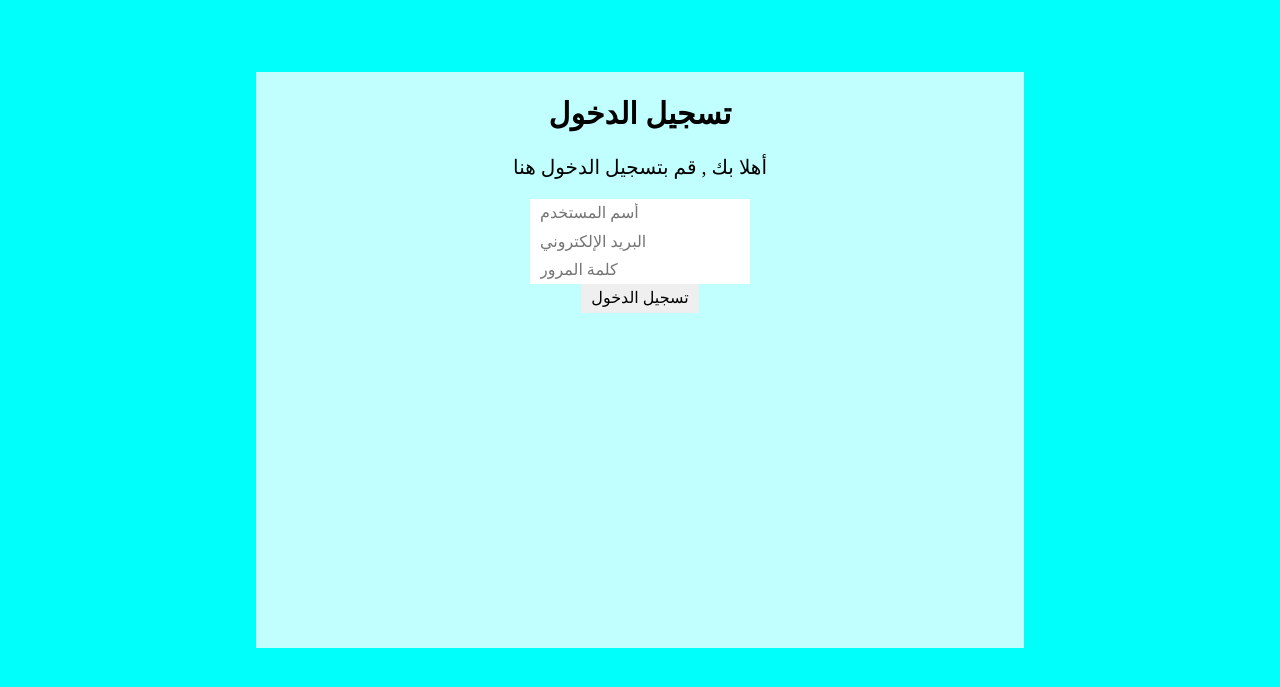
Repository: FaisalFahed/login-page
Page: html/صفحة تسجيل دخول.html
These files come from the project's save history. The page is drawn as it stood at one moment and after the next save; the edit follows.
The browser window is 1280 px wide. The pictures show the whole page.
Some web fonts or font styles are not loaded; a fallback is used.

Above is the page before, as saved 2025-04-01 08:10:58.

After the next save:
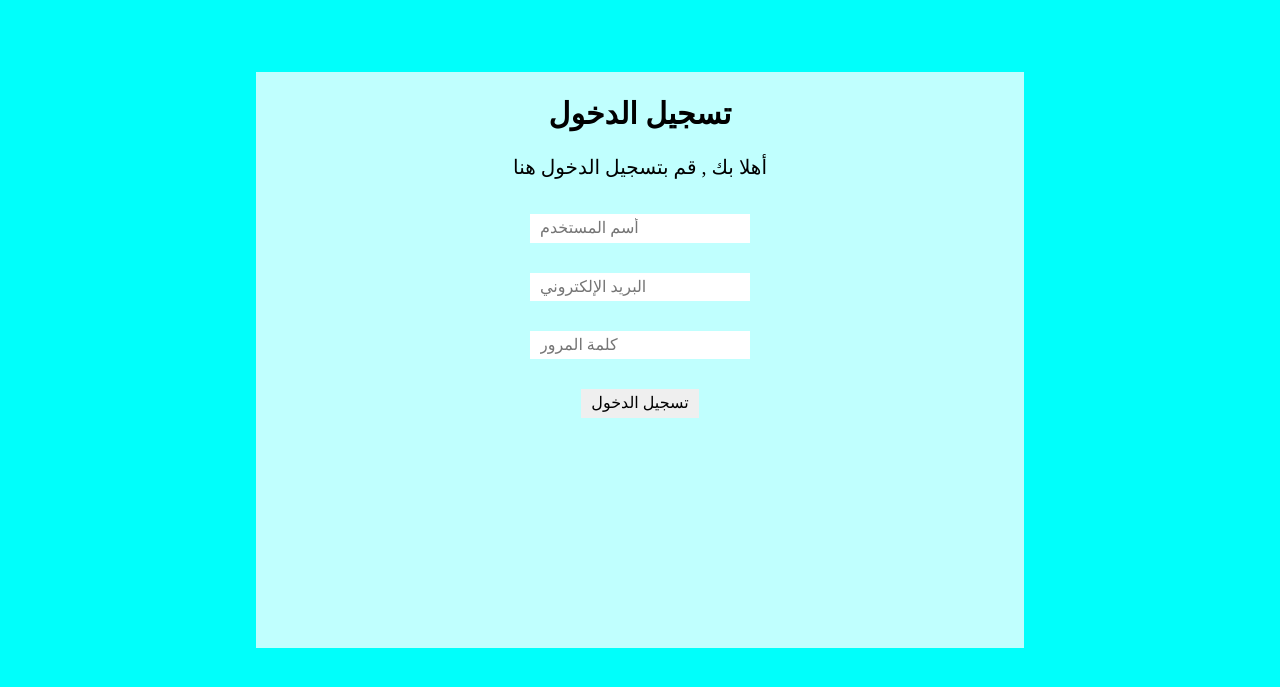
Saved 5 s later.
--- a/css/صفحة تسجيل دخول.css
+++ b/css/صفحة تسجيل دخول.css
@@ -59,7 +59,7 @@ ul{
     border: none;
     outline: none;
     padding: 5px 10px;
-    margin: ;
+    margin: 15px 0;
 }
 /* @media (min-width:768px){
     .container{
